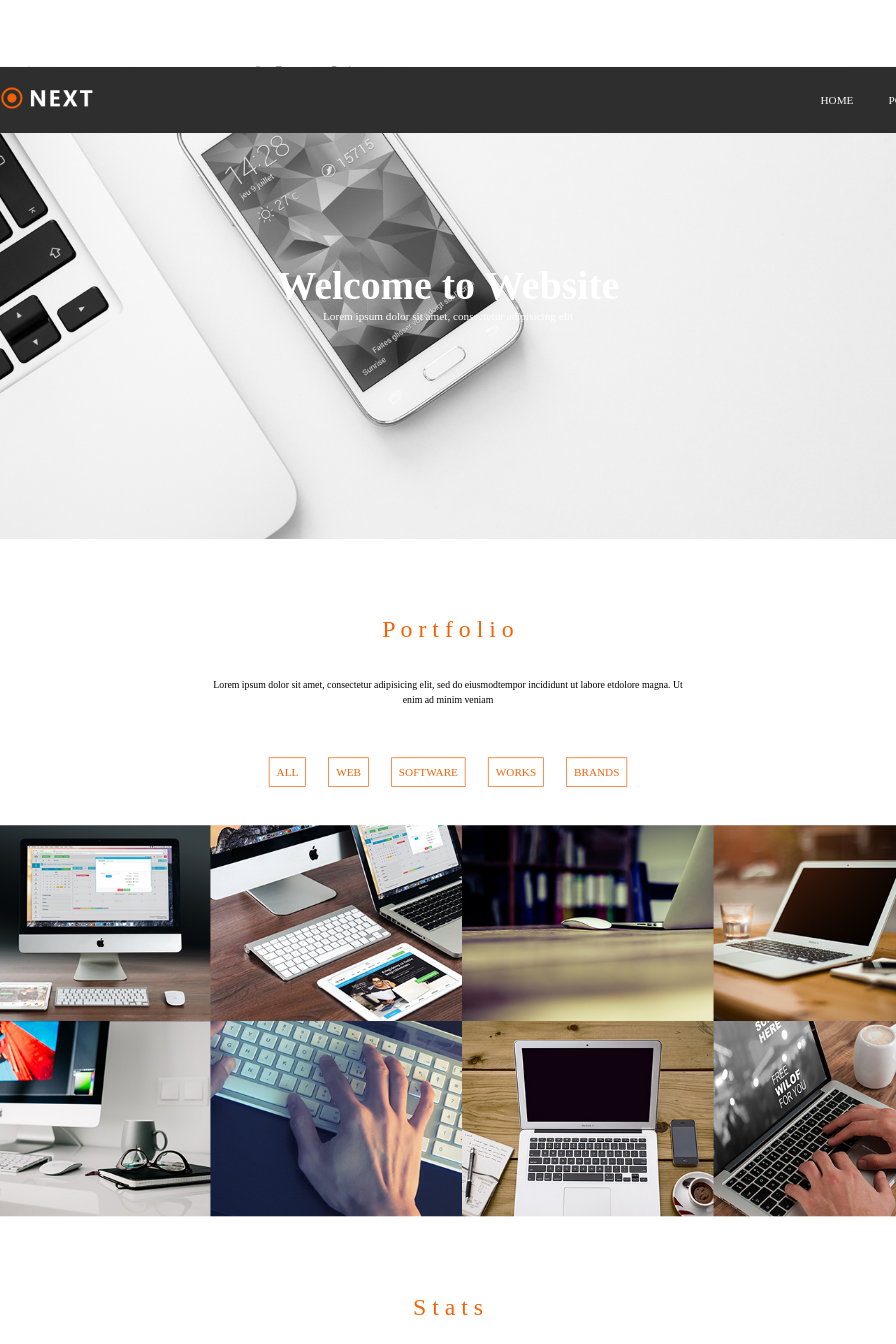
Repository: ScarApocalypse/study
Page: HTML5learning/HTML5作业/index.html
An editor plug-in stored every save of this project. The page is shown before and after the next save, followed by the edit.
The browser window is 1280 px wide. The pictures show the part of the page from y = 0 to 1920 px (the page is 3907 px tall), at 70% of full size.

Above is the page before, as saved 2019-03-20 22:35:14.

### HTML5learning/HTML5作业/index.html
<!DOCTYPE html>
<html lang="en">
<head>
    <meta charset="UTF-8">
    <title>Document</title>
    <link rel="stylesheet" href="css/index.css">
    <script src="js/index.js"></script>
</head>
<body>
    <!-- 顶部区域 -->
    <header>
            <div class="container">
                    <a href="index.html" class="logo"><img src="img/logo.jpg" alt=""></a>
                    <nav>
                        <a href="#">HOME</a>
                        <a href="#Portfolio">PORTFOLIO</a>
                        <a href="#Team">TEAM</a>
                        <a href="#Contact">CONTACT US</a>
                    </nav>
            </div>

    </header>
    <!-- banner区域 -->
    <section class="banner">
        <div class="container">
                <article>
                        <h1>Welcome to Website</h1>
                        <p>Lorem ipsum dolor sit amet, consectetur adipisicing elit</p>
                    </article>
        </div>

    </section>
    <!-- Portfolio区域 -->
    <section class="Portfolio" id="Portfolio">
        <div class="container">
            <aside>
                <h1>P o r t f o l i o</h1>
            </aside>
            <article>
                <p>Lorem ipsum dolor sit amet, consectetur adipisicing elit, sed do eiusmodtempor incididunt ut labore etdolore magna. Ut enim ad minim veniam</p>
                <ul class="keyWord clearfix">
                    <li>ALL</li>
                    <li>WEB</li>
                    <li>SOFTWARE</li>
                    <li>WORKS</li>
                    <li>BRANDS</li>
                </ul>
            </article>

        </div>
        <div class="portfolio-nav"></div>
    </section>
    <!-- Stats区域 -->
    <section class="Stats">
            <div class="container">
                    <aside>
                        <h1>S t a t s</h1>
                    </aside>
                    <article>
                        <p>Lorem ipsum dolor sit amet, consectetur adipisicing elit, sed do eiusmodtempor incididunt ut labore etdolore magna. Ut enim ad minim veniam</p>
                    </article>

            </div>
                <div class="stats-icon clearfix">
                    <div class="item">
                            <img src="img/stats1.jpg" alt="">
                            <div class="name">Margins</div>
                            <div class="number">1 2, 0 0 0</div>
                    </div>
                    <div class="item">
                            <img src="img/stats2.jpg" alt="">
                            <div class="name">Completed</div>
                            <div class="number">5 , 6 8 1</div>
                    </div>
                    <div class="item">
                            <img src="img/stats3.jpg" alt="">
                            <div class="name">Projects</div>
                            <div class="number">4 3 2</div>
                    </div>
                    <div class="item">
                            <img src="img/stats4.jpg" alt="">
                            <div class="name">Customers</div>
                            <div class="number">8 6</div>
                    </div>
                </div>
    </section>
    <!-- Team区域 -->
    <section class="Team" id="Team">
            <div class="container">
                    <aside>
                        <h1>T e a m</h1>
                    </aside>
                    <article>
                        <p>Lorem ipsum dolor sit amet, consectetur adipisicing elit, sed do eiusmodtempor incididunt ut labore etdolore magna. Ut enim ad minim veniam</p>
                    </article>
           </div>
           <div class="workerInfo">
               <div class="item">
                   <img src="img/team1.jpg" alt="">
                   <div class="name">Abigail</div>
                   <div class="detail">Lorem ipsum dolor sit amet, consectetur adipisic</div>
               </div>
               <div class="item">
                    <img src="img/team2.jpg" alt="">
                    <div class="name">Andy</div>
                    <div class="detail">5Lorem ipsum dolor sit amet, consectetur adipisic</div>
                </div>
                <div class="item">
                        <img src="img/team3.jpg" alt="">
                        <div class="name">Jacqueline</div>
                        <div class="detail">Lorem ipsum dolor sit amet, consectetur adipisic</div>
                    </div>
           </div>
    </section>
    <!-- Contact区域 -->
    <section class="Contact" id="Contact">
            <div class="container">
                    <aside>
                        <h1>C o n t a c t&nbsp;&nbsp;U s</h1>
                    </aside>
                    <article>
                        <p>Lorem ipsum dolor sit amet, consectetur adipisicing elit, sed do eiusmodtempor incididunt ut labore etdolore magna. Ut enim ad minim veniam</p>
                    </article>
           </div>

           <form id="contact-form">

                <div class="item">
                   <input type="text" required placeholder="Full Name">
                   <!-- <div class="error-message">fffffff</div> -->
               </div>
               <div class="item">
                    <input type="email" required placeholder="Email">
                </div>
                <div class="item">
                        <input type="text" required placeholder="Message">
                </div>
                <input type="submit" value="Submit Message" id="contact-submit">
           </form>
    </section>
    <!-- 页脚区域 -->
    <footer>
        <span class="copyright-info">Copyright&copy;2015.Company name</span>
    </footer>
</body>
</html>

### HTML5learning/HTML5作业/css/index.css
*{
    margin:0;
    padding:0;
    list-style: none;
}
body{

    font-family:Microsoft YaHei UI;
}
a{
    text-decoration: none;
}
.clearfix:after{
    content:"";
    height: 0;
    line-height: 0;
    display: block;
    visibility: hidden;
    clear:both;
}
.clearfix{
    zoom:1;
}
/* 顶部区域 */
header{
    height: 95px;
    width: 100%;
    background: #2e2e2e;
    position: fixed;
}
header > .container{
    width: 1600px;
    margin:0 auto;
    line-height: 95px;
}
header > .container > a.logo{
    float: left;
    margin-top:7px;
}
header > .container > nav{
    float:right;
}
header > .container > nav > a{
    float: left;
    color:#fff;
    margin-left:50px;
}
/* banner区域 */
.banner{
    margin-top:95px;
    height: 675px;
    width: 100%;
    background:url(../img/banner.jpg) no-repeat center;
    background-size: cover;
    color:#fff;
    /* overflow: hidden; */
}
.banner > .container{
    width: 850px;
    margin:0 auto;
    text-align: center;
    padding-top:280px;

}
.banner > .container > article > h1{
    font-size:57px;

}
.banner > .container > article > p{
    font-size:16px;
    line-height: 1.5em;
}
/* Portfolio区域 */
.Team,
.Contact,
.Stats,
.Portfolio{
    width: 100%;
    /* height: 410px; */
    overflow: hidden;
    text-align: center;
}
.Contact > .container,
.Team > .container,
.Stats > .container,
.Portfolio > .container{
    width: 700px;
    margin:0 auto;
    text-align: center;

}
.Contact > .container > aside >h1,
.Team > .container > aside >h1,
.Stats > .container > aside >h1,
.Portfolio > .container > aside >h1{
    color:#f46208;
    font-size:34px;
    font-weight:500;
    margin:110px 0 50px;
}
.Contact > .container > article >p,
.Team > .container > article >p,
.Stats > .container > article >p,
.Portfolio > .container > article >p{
    font-size:14px;
    font-weight: 500;
    margin-bottom:72px;
    line-height: 1.5em;
}
.Contact > .container > article > ul.keyWord,
.Team > .container > article > ul.keyWord,
.Stats > .container > article > ul.keyWord,
.Portfolio > .container > article > ul.keyWord{
    display: inline-block;
    margin-bottom:50px;
}
.Contact > .container > article > ul.keyWord >li,
.Team > .container > article > ul.keyWord >li,
.Stats > .container > article > ul.keyWord >li,
.Portfolio > .container > article > ul.keyWord >li{
    float: left;
    /* width: 60px; */
    height: 40px;
    border:1px solid #f46208;
    text-align: center;
    line-height: 40px;
    margin:0 16px;
    font-size:16px;
    padding:0 10px;
    color:#f46208;
}
.Contact > .container > article > ul.keyWord >li:hover
.Team > .container > article > ul.keyWord >li:hover
.Stats > .container > article > ul.keyWord >li:hover
.Portfolio > .container > article > ul.keyWord >li:hover{
    background: #f46208;
    color:#fff;
    cursor: pointer;
}
.portfolio-nav{
    background: url(../img/portfolio-nav-img.jpg) no-repeat center;
    background-size: cover;
    height: 560px;
    width: 100%;
}
/* Stats区域 */
.Stats{
    text-align: center;
}
.Stats > .stats-icon{
   display: inline-block;
   margin-bottom:115px;
}
.Stats > .stats-icon > .item{

    width: 145px;
    /* height: 160px; */
    float: left;
    margin:0 35px;
}
.Stats > .stats-icon > .item >.name{
    margin:15px 0;
    font-size:16px;
}
.Stats > .stats-icon > .item >.number{
    font-size:25px;
    color:#f46208;
}
/* TEAM区域 */
.Team{
    background: #2e2e2e;
    color:#fff;
    text-align: center;
}
.Team > .workerInfo{
    display: inline-block;
    text-align: center;
    margin-bottom:100px;
}
.Team > .workerInfo > .item{
    width: 240px;
    margin:0 60px;
    float: left;
}
.Team > .workerInfo > .item img{
    width: 200px;
    height: 200px;
}
.Team > .workerInfo > .item > .name{
    font-size:12px;
}
.Team > .workerInfo > .item > .detail{
    font-size:9px;
}
/* contact区域 */
.Contact >form{

    width: 952px;
    margin:0 auto;
}
.Contact > form > .item{
    float: left;
    position: relative;
}
.Contact > form > .item:nth-child(2){
    float: right;
}
.Contact > form > .item:last-child{
    display: block;
}
.Contact > form > .item input{
    width: 460px;
    height: 52px;
    border:1px solid #bfbfbf;
    text-indent: 10px;
    line-height: 52px;
    color:#bfbfbf;
}
.Contact > form > .item:nth-child(3) input{
    width: 950px;
    height: 272px;
    margin-top:16px;
    line-height: 272px;
}
.Contact > form > input{
    width: 200px;
    height: 58px;
    border:none;
    cursor: pointer;
    color:#fff;
    background-color:#f46208;
    font-size:16px;
    margin:25px 0 112px;

}
.Contact >form .error-message{
    position: absolute;
    right:10px;
    top:50%;
    transform: translateY(-50%);
    z-index: 5;
    color:#f46208;
}
/* 页脚区域 */
footer{
    height: 110px;
    background: #2e2e2e;
    text-align: center;
    color:#fff;
    font-size:16px;
    line-height: 110px;
}

### HTML5learning/HTML5作业/js/index.js
window.onload=function(){
    console.log("hello");
    function replaceValidationUI(form){
        // 阻止表单默认气泡事件
        form.addEventListener("invalid",function(event){
            event.preventDefault();
        },true);
        //取消提交按钮验证为空时的默认事件
        form.addEventListener("submit",function(event){
                if(!this.checkValidity()){
                    event.preventDefault();
                }else{
                    event.preventDefault();
                    alert('Submit success!')
                }


        },true);
            var submitButton=document.getElementById("contact-submit");
            // 注册提交按钮点击时的事件
            submitButton.addEventListener('click',function(){
                console.log(1);
                //获取没能通过验证的元素，放进数组里
                var inValidityField=form.querySelectorAll(':invalid');
                // 获取显示错误信息的元素
                var errorMessage=form.querySelectorAll(".error-message");
                // 创建父元素变量
                var parent;
                // 清除上一次提交的错误信息
                for(var i=0;i<errorMessage.length;i++){
                    // 通过获取父节点来移除错误信息元素
                    errorMessage[i].parentNode.removeChild(errorMessage[i]);
                }
                // 添加错误信息元素
                for(var i=0;i<inValidityField.length;i++){
                    parent=inValidityField[i].parentNode;
                    // 把错误信息插入到选框背后
                    parent.insertAdjacentHTML("afterbegin","<div class='error-message'>"+inValidityField[i].validationMessage+"</div>");
                }
                // 聚焦到错误信息上面
                if(inValidityField.length>0){
                    inValidityField[0].focus();
                }
            });



    };
    var form=document.getElementById('contact-form');
    replaceValidationUI(form);
};

After the next save:
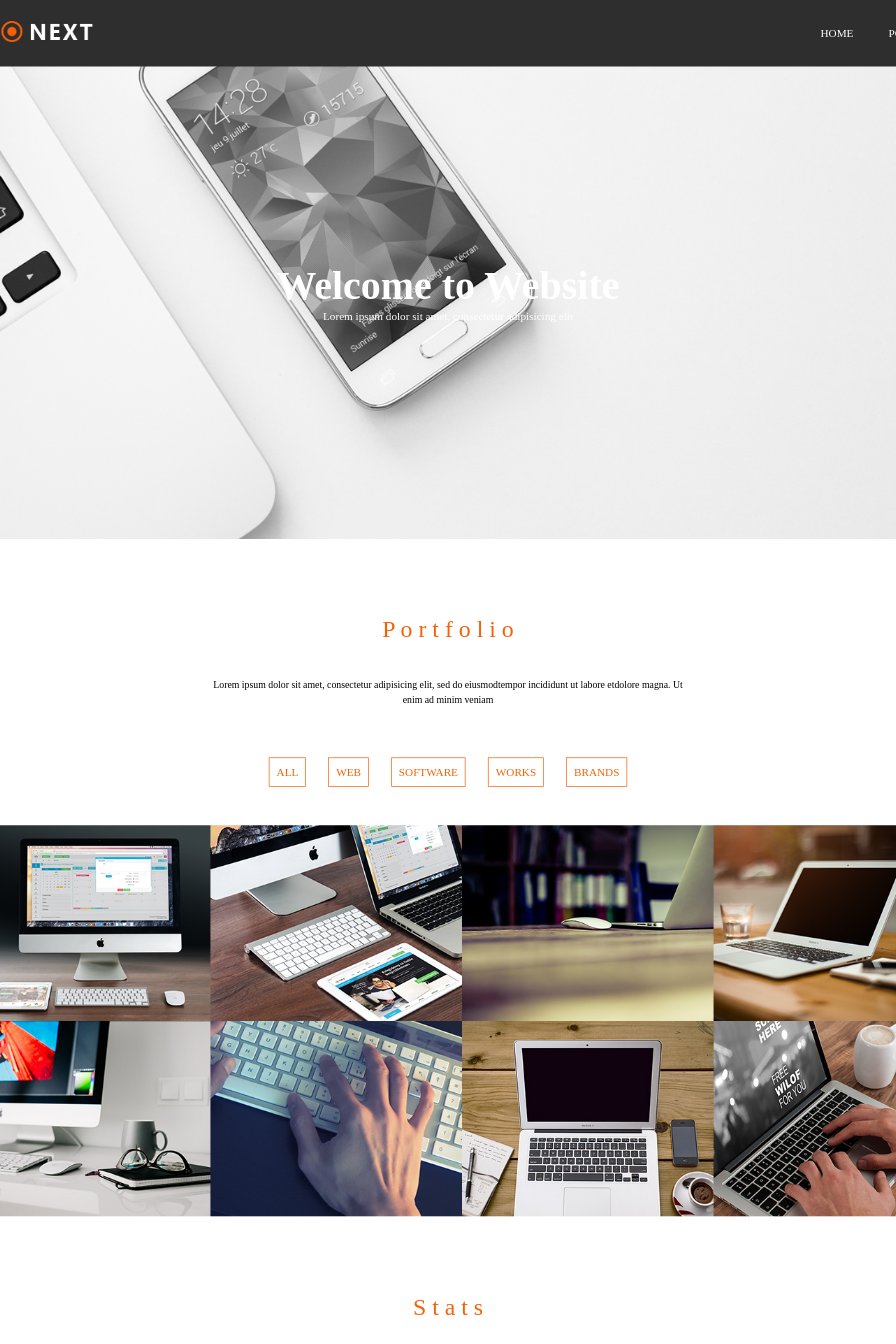
Saved 26 s later.
--- a/HTML5learning/HTML5作业/css/index.css
+++ b/HTML5learning/HTML5作业/css/index.css
@@ -47,7 +47,7 @@ header > .container > nav > a{
 }
 /* banner区域 */
 .banner{
-    margin-top:95px;
+    padding-top:95px;
     height: 675px;
     width: 100%;
     background:url(../img/banner.jpg) no-repeat center;

After the save that followed:
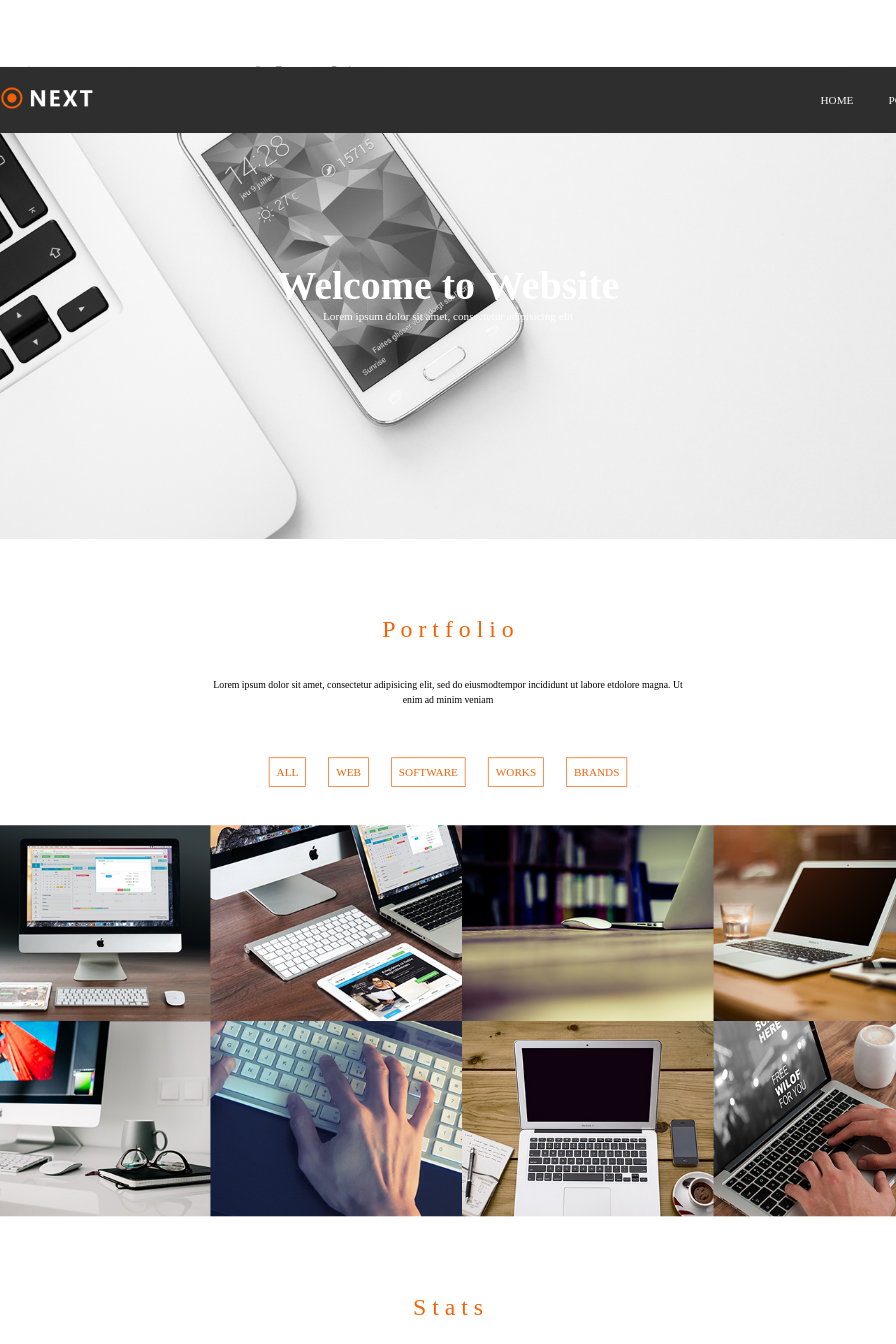
Saved 7 s later.
--- a/HTML5learning/HTML5作业/css/index.css
+++ b/HTML5learning/HTML5作业/css/index.css
@@ -47,7 +47,7 @@ header > .container > nav > a{
 }
 /* banner区域 */
 .banner{
-    padding-top:95px;
+    margin-top:95px;
     height: 675px;
     width: 100%;
     background:url(../img/banner.jpg) no-repeat center;
